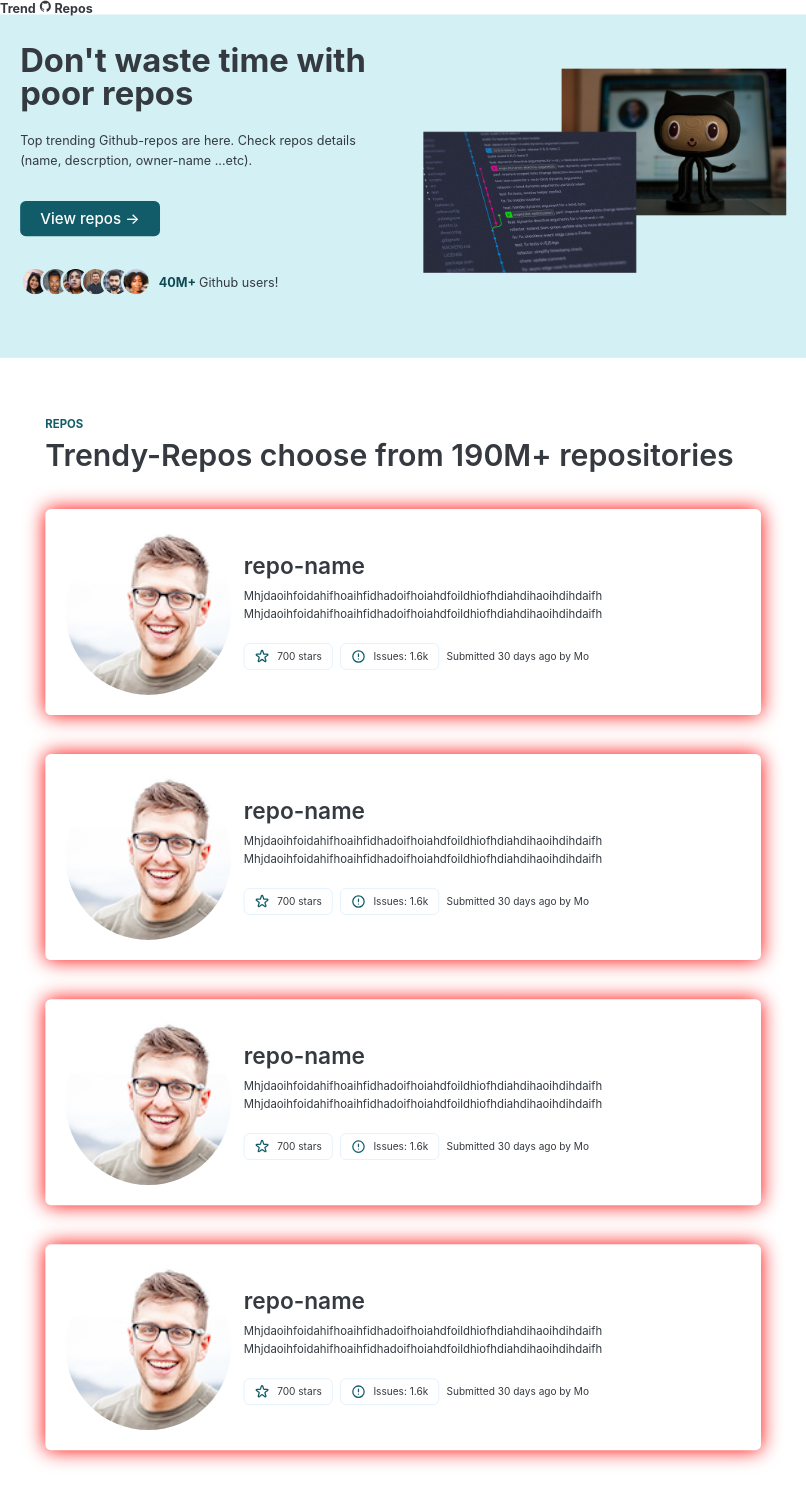
Repository: MoRamdan11/Trending-repos-challenge
Page: /
An editor plug-in stored every save of this project. The page is shown before and after the next save, followed by the edit.
The browser window is 1280 px wide. The pictures show the whole page, at 63% of full size.
Some web libraries are served in a nearby version. The project was rebuilt for these pictures with package versions that can differ from the ones it lists, and the page was loaded fresh each time. Also part of the build but not shown: src/App.css, src/components/test.js, src/components/Navbar/navbar.css.

Above is the page before, as saved 2021-09-01 03:37:09.

After the next save:
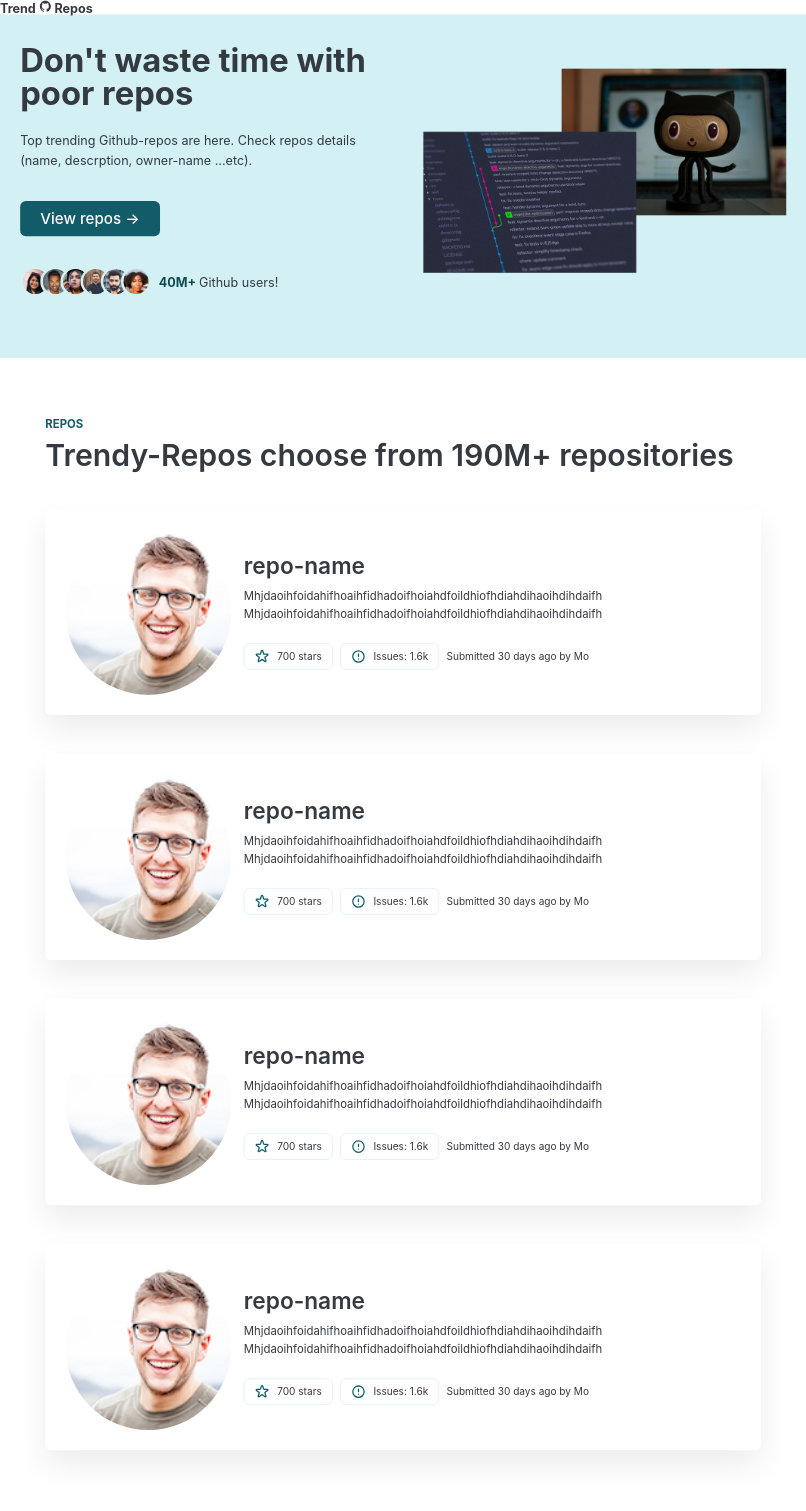
Saved 68 s later.
--- a/src/components/Repo-Row/repo.css
+++ b/src/components/Repo-Row/repo.css
@@ -4,7 +4,8 @@
   display: grid;
   grid-template-columns: 1fr 3fr;
   column-gap: 2rem;
-  box-shadow: 0 0 3.2rem red;
+  box-shadow: 0 2.4rem 4.8rem rgba(0, 0, 0, 0.075);
+
   padding: 3.2rem;
   border-radius: 9px;
   align-items: center;
